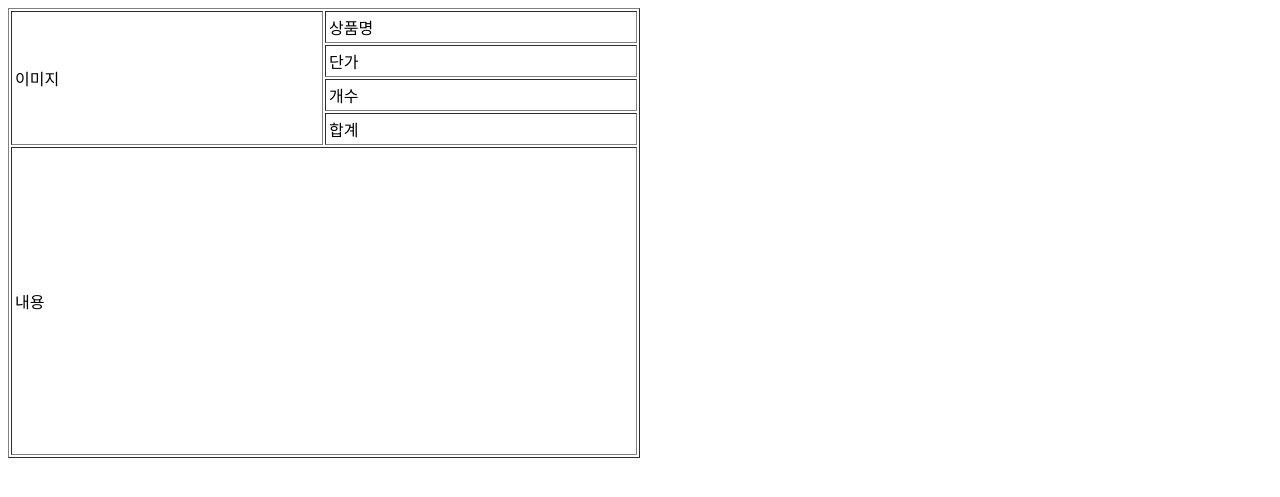
Repository: naldal/Bitcamp
Page: http://localhost/miniProject/imageboard/imageboardView.jsp
An editor plug-in stored every save of this project. The page is shown before and after the next save, followed by the edit.
The browser window is 1280 px wide. The pictures show the whole page.
The page is served by Tomcat 9.

Above is the page before, as saved 2020-02-19 07:09:39.

After the next save:
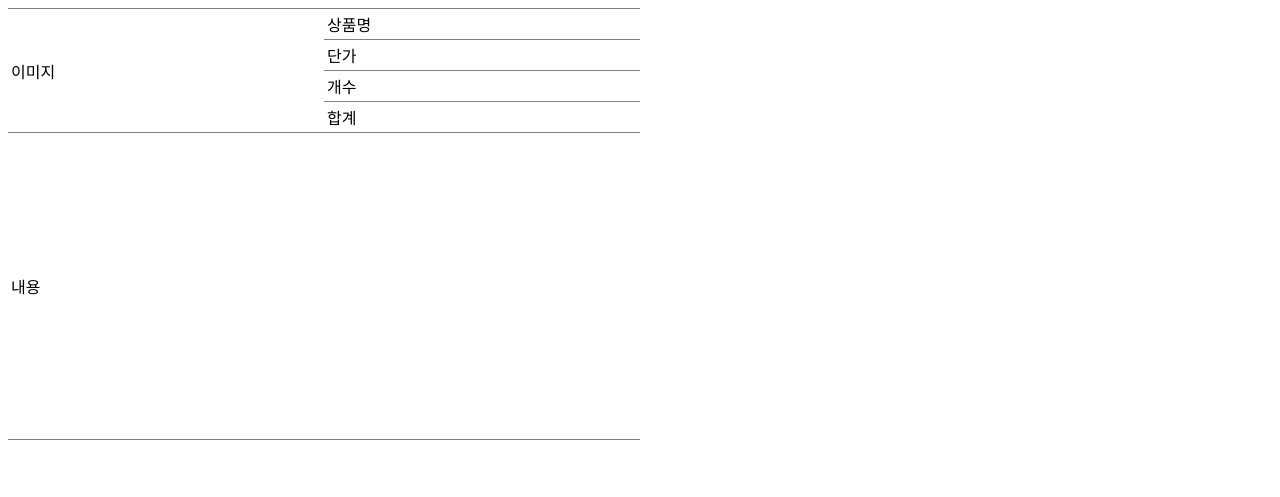
Saved 20 s later.
--- a/miniProject/WebContent/imageboard/imageboardView.jsp
+++ b/miniProject/WebContent/imageboard/imageboardView.jsp
@@ -2,7 +2,7 @@
 	pageEncoding="UTF-8"%>
 <!DOCTYPE html>
 
-<table border="1" width="50%" cellpadding="3">
+<table border="1" width="50%" frame="hsides", rules="rows" cellpadding="3">
 	<tr>
 		<td rowspan="4">이미지</td>
 		<td>상품명</td>
